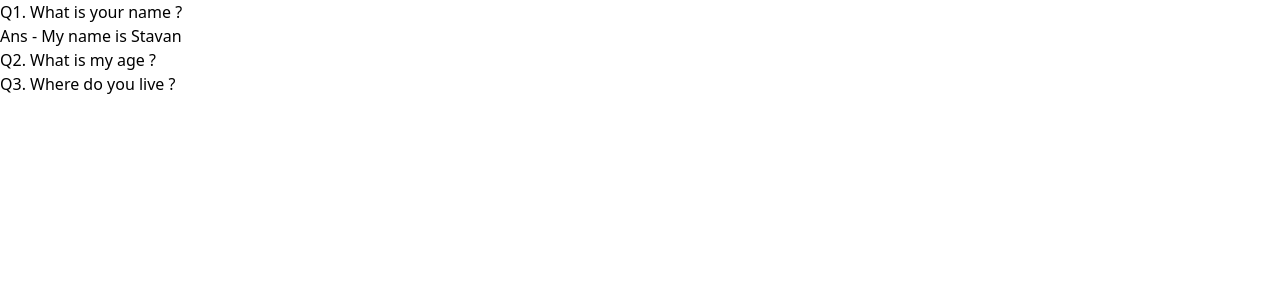
Repository: stavan30/components
Page: /
An editor plug-in stored every save of this project. The page is shown before and after the next save, followed by the edit.
The browser window is 1280 px wide. The pictures show the whole page.
The project was rebuilt for these pictures with package versions that can differ from the ones it lists, and the page was loaded fresh each time.

Above is the page before, as saved 2024-03-13 02:12:19.

After the next save:
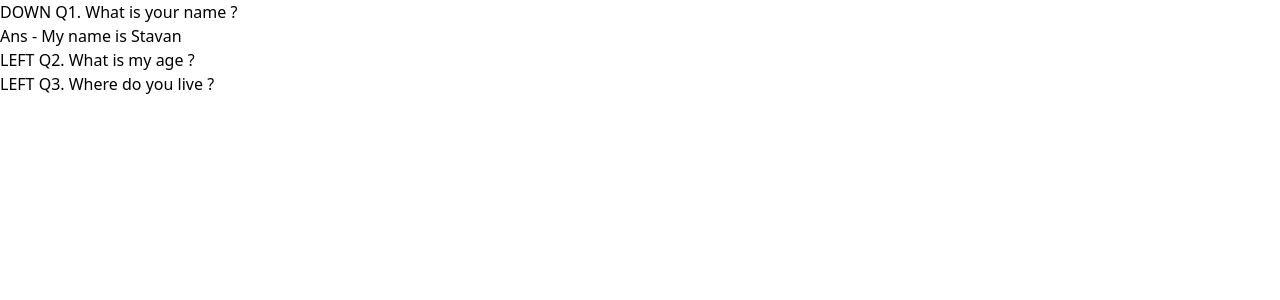
Saved 9 min 39 s later.
--- a/src/components/Accordion.js
+++ b/src/components/Accordion.js
@@ -8,9 +8,14 @@ const Accordion = ({items}) => {
     const renderedItems = items.map((item, index)=>{
         const isExpanded = index === expandedIndex;
 
+        const icon = <span>{isExpanded ? 'DOWN ' : 'LEFT '}</span>
+
        return (
         <div key={item.id}>
-            <div onClick={()=> setExpandedIndex(index)}>{item.label}</div>
+            <div onClick={()=> setExpandedIndex(index)}>
+                {icon}
+                {item.label}
+            </div>
             {/* JS Boolean Expression turthy and falsey values, && and || operators - video 183 and 184 IMP*/}
             {isExpanded && <div>{item.content}</div>}
         </div>
